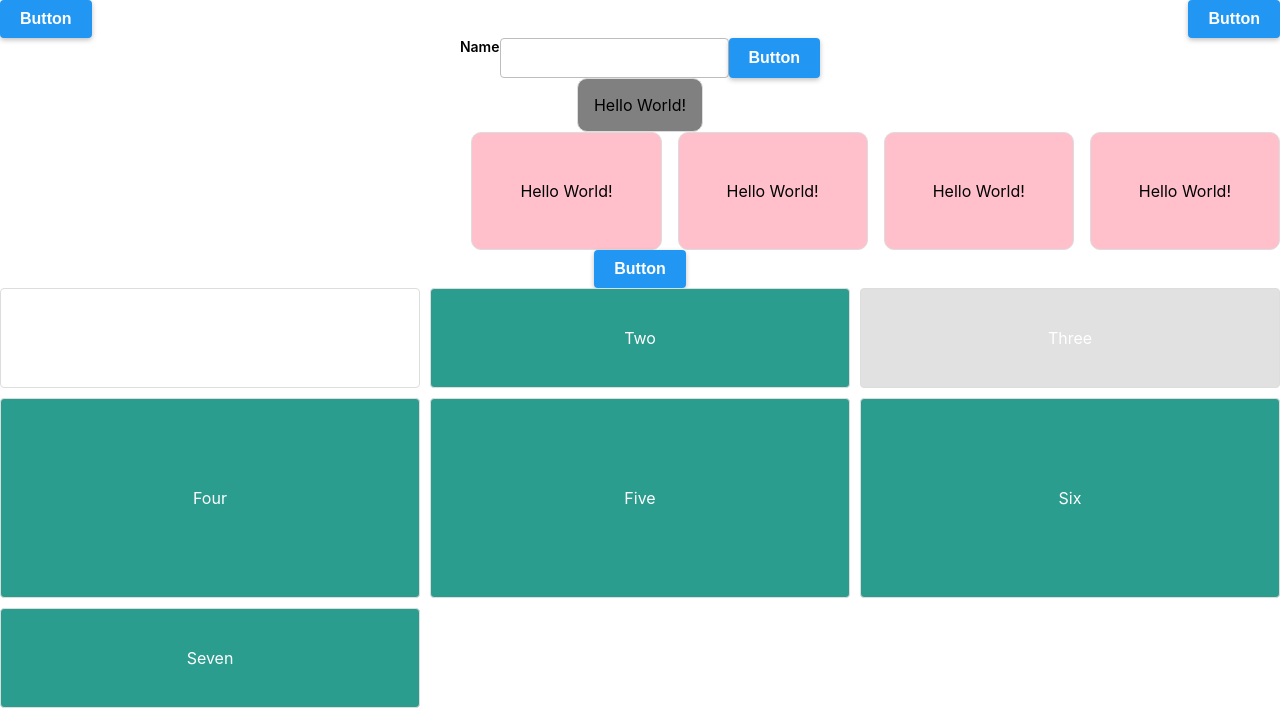
Repository: roistyx/react
Page: /components (app in layouts-app/)
The author's editor kept a copy of each file at every save. The page is drawn from the files as they stood at one save, then again after the next save.
The browser window is 1280 px wide. The pictures show the whole page.
The project was rebuilt for these pictures with package versions that can differ from the ones it lists, and the page was loaded fresh each time.

Above is the page before, as saved 2023-04-27 15:10:15.

After the next save:
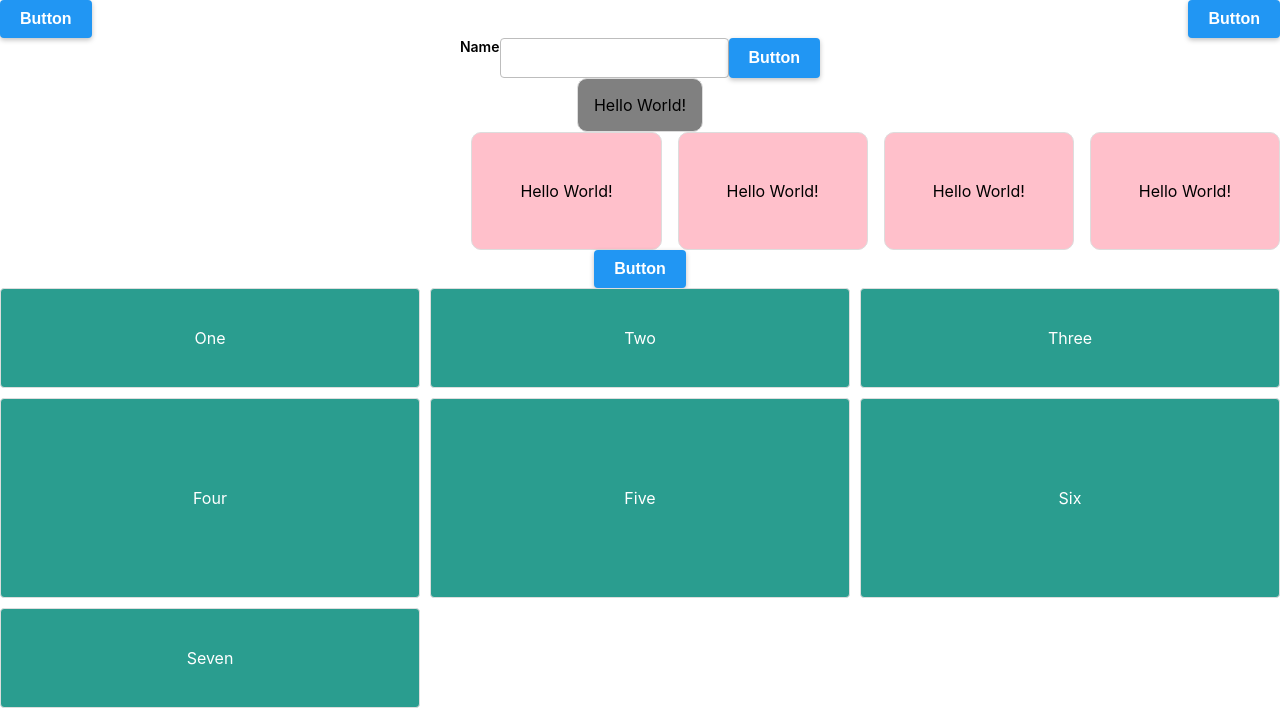
Saved 7 min 1 s later.
--- a/layouts-app/src/layouts/Grid.css
+++ b/layouts-app/src/layouts/Grid.css
@@ -18,7 +18,7 @@
 	justify-content: center;
 }
 
-.Grid > :nth-child(1) {
+/* .Grid > :nth-child(1) {
 	background-color: var(--bgColor);
 	color: #fff;
 }
@@ -28,4 +28,4 @@
 
 .Grid > :nth-child(3) {
 	background-color: #e1e1e1;
-}
+} */
